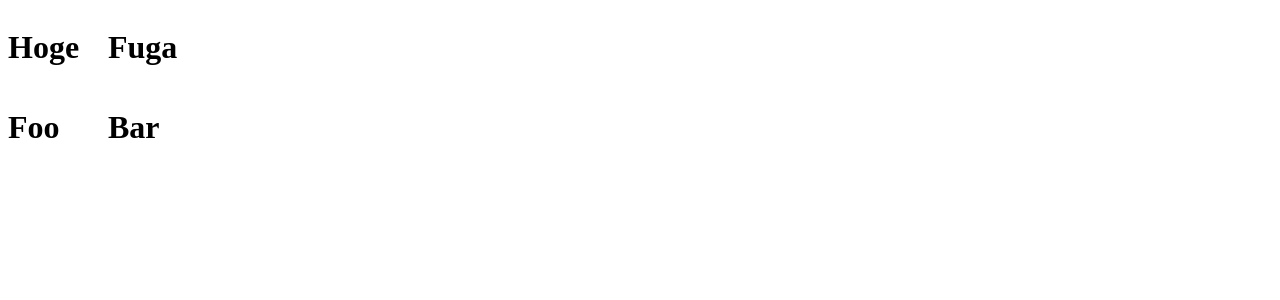
Repository: shirahamahiroki/samurai_HTML-CSS
Page: giji1.html
The author's editor kept a record of every edit. The page is drawn from the files as they stood at one moment, then again after the next edit.
The browser window is 1280 px wide. The pictures show the whole page.

Above is the page before.

After the next edit:
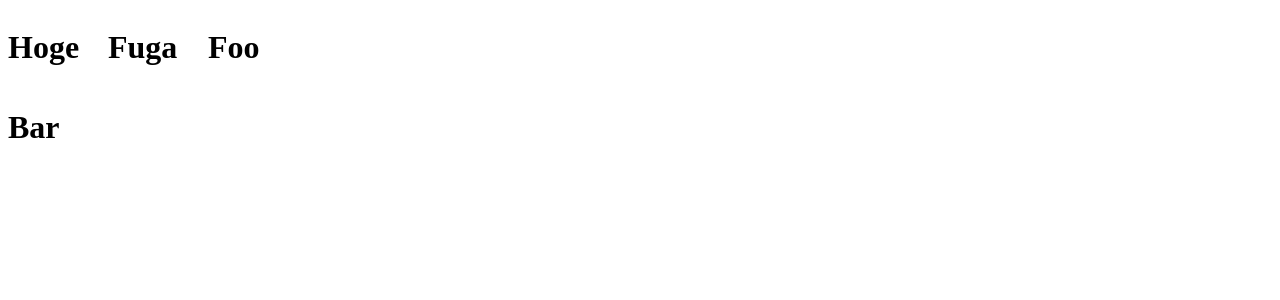
The edit:
--- a/giji1.html
+++ b/giji1.html
@@ -3,7 +3,7 @@
         <style>
             #grid {
                 display: grid;
-                grid-template-columns: 100px 100px;
+                grid-template-columns: 100px 100px 100px;
             }
          </style>
     </head>
